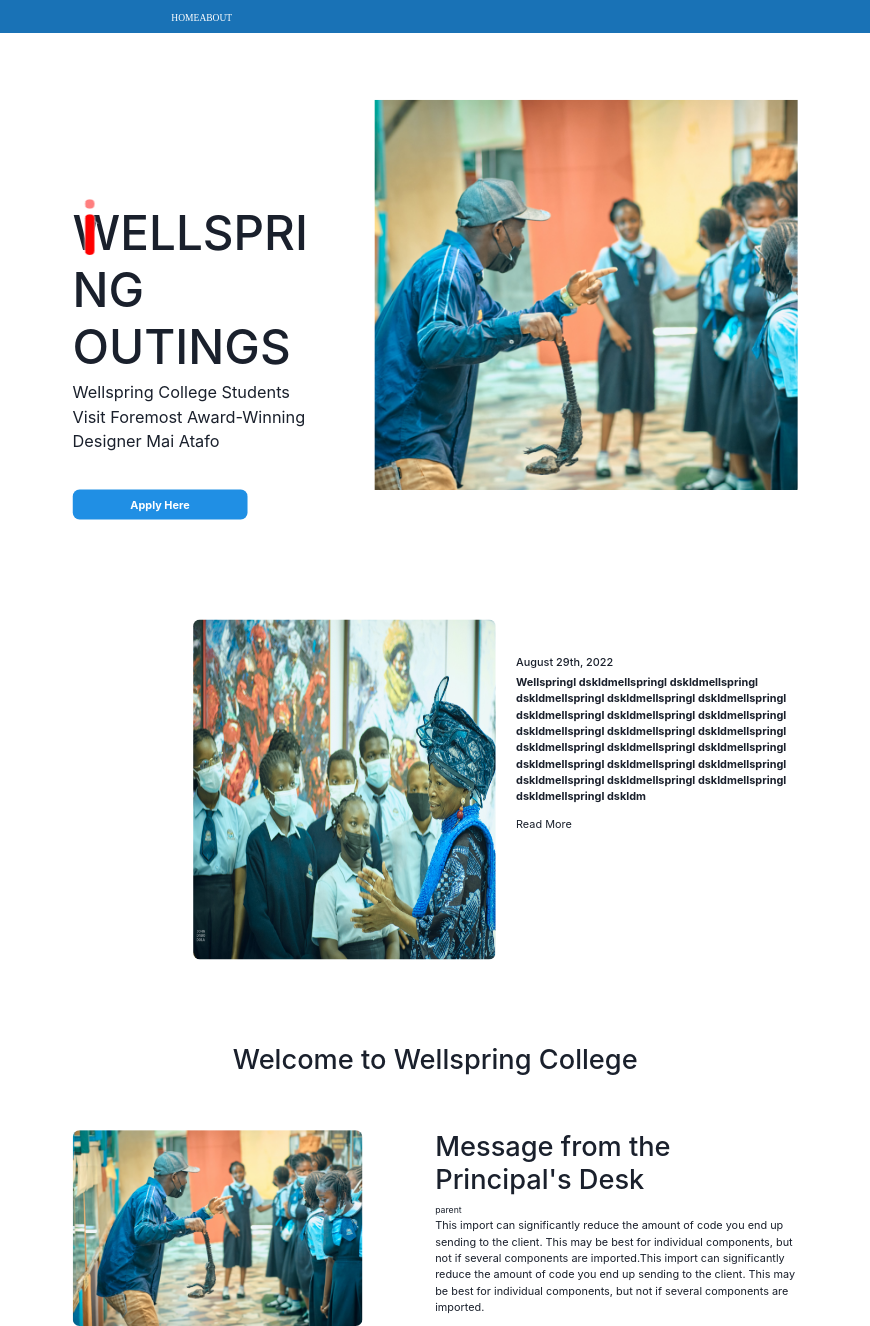
Repository: gr8skills/wellspring-school-forked
Page: /
These files come from the project's save history. The page is drawn as it stood at one moment and after the next save; the edit follows.
The browser window is 1280 px wide. The pictures show the whole page, at 68% of full size.
The project was rebuilt for these pictures with package versions that can differ from the ones it lists, and the page was loaded fresh each time. Also part of the build but not shown: src/components/Navbar/Dropdown.scss, src/components/Navbar/Dropdown.js, src/components/Calendar/Calendar.js.

Above is the page before, as saved 2022-12-02 00:02:36.

After the next save:
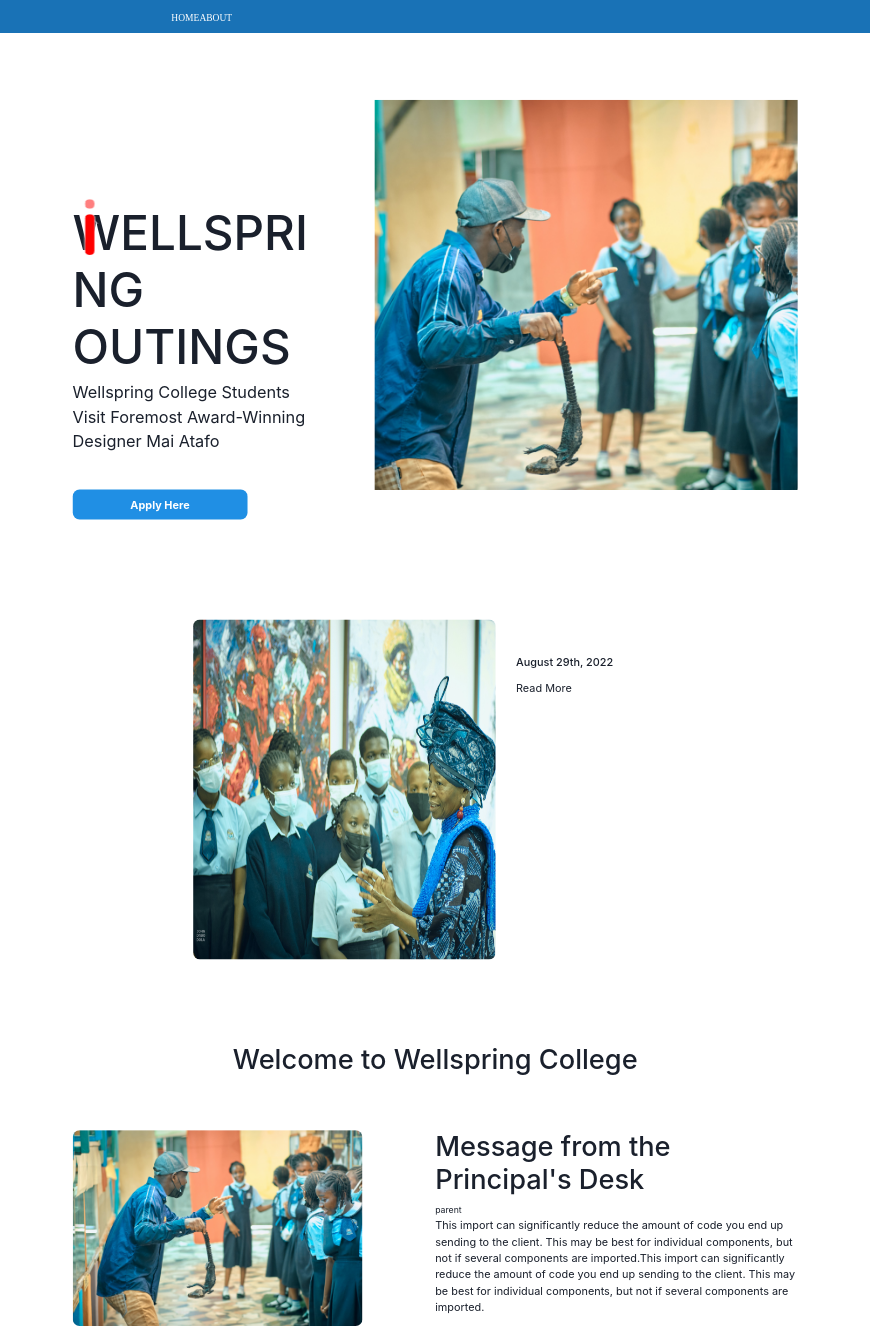
Saved 40 s later.
--- a/src/components/News/News.js
+++ b/src/components/News/News.js
@@ -17,13 +17,7 @@
             <h6>August 29th, 2022</h6>
             <p>
               <strong>
-                Wellspringl dskldmellspringl dskldmellspringl dskldmellspringl
-                dskldmellspringl dskldmellspringl dskldmellspringl
-                dskldmellspringl dskldmellspringl dskldmellspringl
-                dskldmellspringl dskldmellspringl dskldmellspringl
-                dskldmellspringl dskldmellspringl dskldmellspringl
-                dskldmellspringl dskldmellspringl dskldmellspringl
-                dskldmellspringl dskldmellspringl dskldmellspringl dskldm
+              {}
               </strong>
             </p>
             <Link to="#">Read More</Link>
